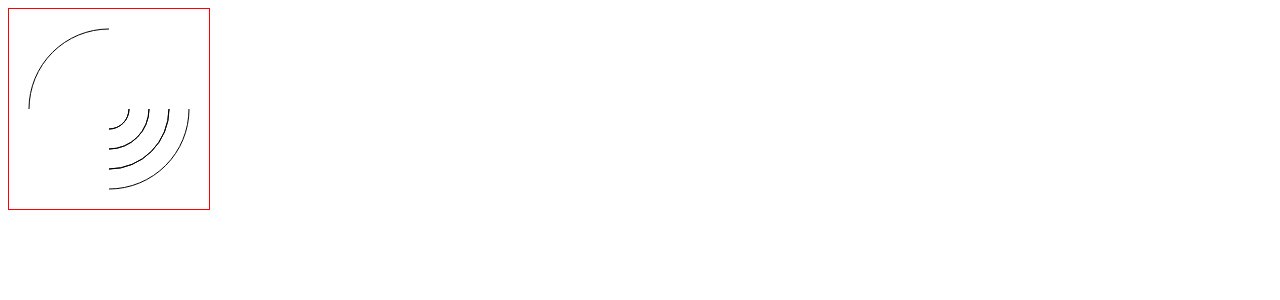
Repository: Tan-Khang21/TH_TKW--Buoi_05
Page: Bai_Tap_Mau/Bai_04/Canvas4.html
An editor plug-in stored every save of this project. The page is shown before and after the next save, followed by the edit.
The browser window is 1280 px wide. The pictures show the whole page.

Above is the page before, as saved 2024-03-10 20:03:54.

### Bai_Tap_Mau/Bai_04/Canvas4.html
<!DOCTYPE html>
<html lang="en">
  <head>
    <meta charset="UTF-8" />
    <meta name="viewport" content="width=device-width, initial-scale=1.0" />
    <title>Document</title>
  </head>
  <body>
    <canvas
      id="mycanvas"
      width="200px"
      height="200px"
      style="border: 1px solid red"
    ></canvas>
    <script>
      var c = document.getElementById("mycanvas");
      var ctx = c.getContext("2d");
      ctx.beginPath();
      ctx.arc(100, 100, 80, 0, Math.PI / 2);
      ctx.stroke();
      ctx.beginPath();
      ctx.arc(100, 100, 60, 0, Math.PI / 2);
      ctx.stroke();
      ctx.beginPath();
      ctx.arc(100, 100, 40, 0, Math.PI / 2);
      ctx.stroke();
      ctx.beginPath();
      ctx.arc(100, 100, 20, 0, Math.PI / 2);
      ctx.stroke();
      ctx.beginPath();
      ctx.arc(100, 100, 80, Math.PI, (3 * Math.PI) / 2);
      ctx.stroke();
      ctx.beginPath();
      ctx.arc(100, 100, 60, 0, Math.PI / 2);
      ctx.stroke();
      ctx.beginPath();
      ctx.arc(100, 100, 40, 0, Math.PI / 2);
      ctx.stroke();
      ctx.beginPath();
      ctx.arc(100, 100, 20, 0, Math.PI / 2);
      ctx.stroke();
    </script>
  </body>
</html>

After the next save:
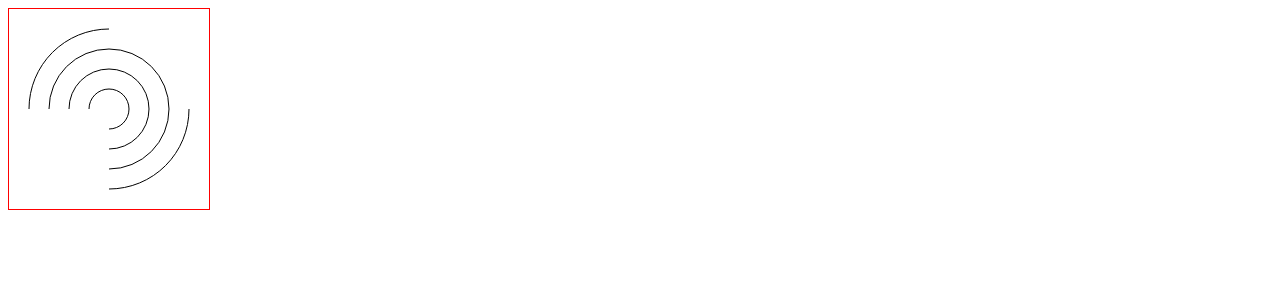
Saved 21 s later.
--- a/Bai_Tap_Mau/Bai_04/Canvas4.html
+++ b/Bai_Tap_Mau/Bai_04/Canvas4.html
@@ -31,13 +31,13 @@
       ctx.arc(100, 100, 80, Math.PI, (3 * Math.PI) / 2);
       ctx.stroke();
       ctx.beginPath();
-      ctx.arc(100, 100, 60, 0, Math.PI / 2);
+      ctx.arc(100, 100, 60, 0, Math.PI, (3 * Math.PI) / 2);
       ctx.stroke();
       ctx.beginPath();
-      ctx.arc(100, 100, 40, 0, Math.PI / 2);
+      ctx.arc(100, 100, 40, 0, Math.PI, (3 * Math.PI) / 2);
       ctx.stroke();
       ctx.beginPath();
-      ctx.arc(100, 100, 20, 0, Math.PI / 2);
+      ctx.arc(100, 100, 20, 0, Math.PI, (3 * Math.PI) / 2);
       ctx.stroke();
     </script>
   </body>
